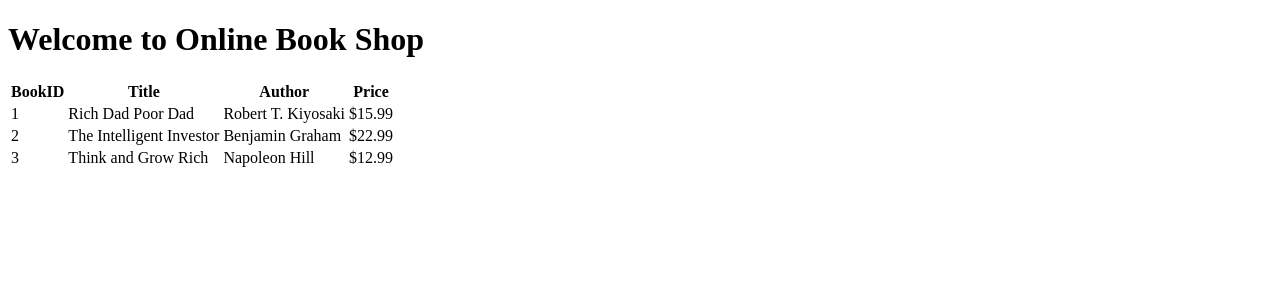
Repository: Afrozzzz/java-training
Page: shop/src/main/resources/static/index.html
The author's editor kept a copy of each file at every save. The page is drawn from the files as they stood at one save, then again after the next save.
The browser window is 1280 px wide. The pictures show the whole page.

Above is the page before, as saved 2025-02-26 11:28:09.

After the next save:
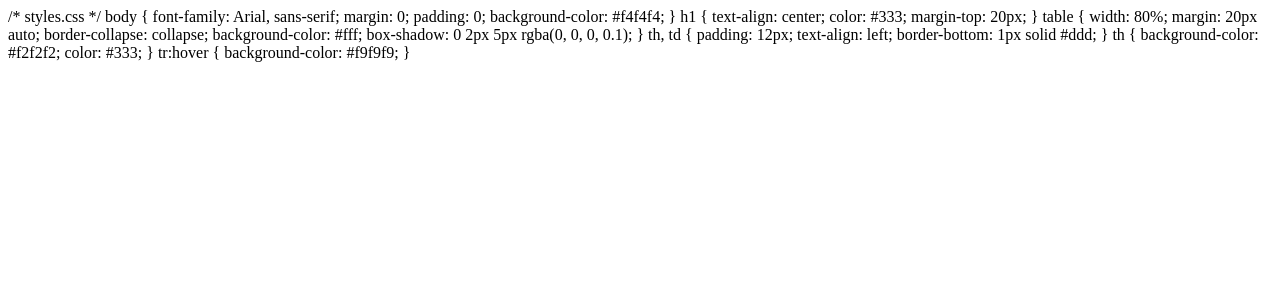
Saved 81 s later.
--- a/shop/src/main/resources/static/index.html
+++ b/shop/src/main/resources/static/index.html
@@ -1,42 +1,37 @@
-<!DOCTYPE html>
-<html lang="en">
-<head>
-    <meta charset="UTF-8">
-    <meta name="viewport" content="width=device-width, initial-scale=1.0">
-    <title>Welcome to Online Book Shop</title>
-    <link rel="stylesheet" href="styles.css">
-</head>
-<body>
-    <h1>Welcome to Online Book Shop</h1>
-    <table>
-        <thead>
-            <tr>
-                <th>BookID</th>
-                <th>Title</th>
-                <th>Author</th>
-                <th>Price</th>
-            </tr>
-        </thead>
-        <tbody>
-            <tr>
-                <td>1</td>
-                <td>Rich Dad Poor Dad</td>
-                <td>Robert T. Kiyosaki</td>
-                <td>$15.99</td>
-            </tr>
-            <tr>
-                <td>2</td>
-                <td>The Intelligent Investor</td>
-                <td>Benjamin Graham</td>
-                <td>$22.99</td>
-            </tr>
-            <tr>
-                <td>3</td>
-                <td>Think and Grow Rich</td>
-                <td>Napoleon Hill</td>
-                <td>$12.99</td>
-            </tr>
-        </tbody>
-    </table>
-</body>
-</html>
+/* styles.css */
+
+body {
+    font-family: Arial, sans-serif;
+    margin: 0;
+    padding: 0;
+    background-color: #f4f4f4;
+}
+
+h1 {
+    text-align: center;
+    color: #333;
+    margin-top: 20px;
+}
+
+table {
+    width: 80%;
+    margin: 20px auto;
+    border-collapse: collapse;
+    background-color: #fff;
+    box-shadow: 0 2px 5px rgba(0, 0, 0, 0.1);
+}
+
+th, td {
+    padding: 12px;
+    text-align: left;
+    border-bottom: 1px solid #ddd;
+}
+
+th {
+    background-color: #f2f2f2;
+    color: #333;
+}
+
+tr:hover {
+    background-color: #f9f9f9;
+}
